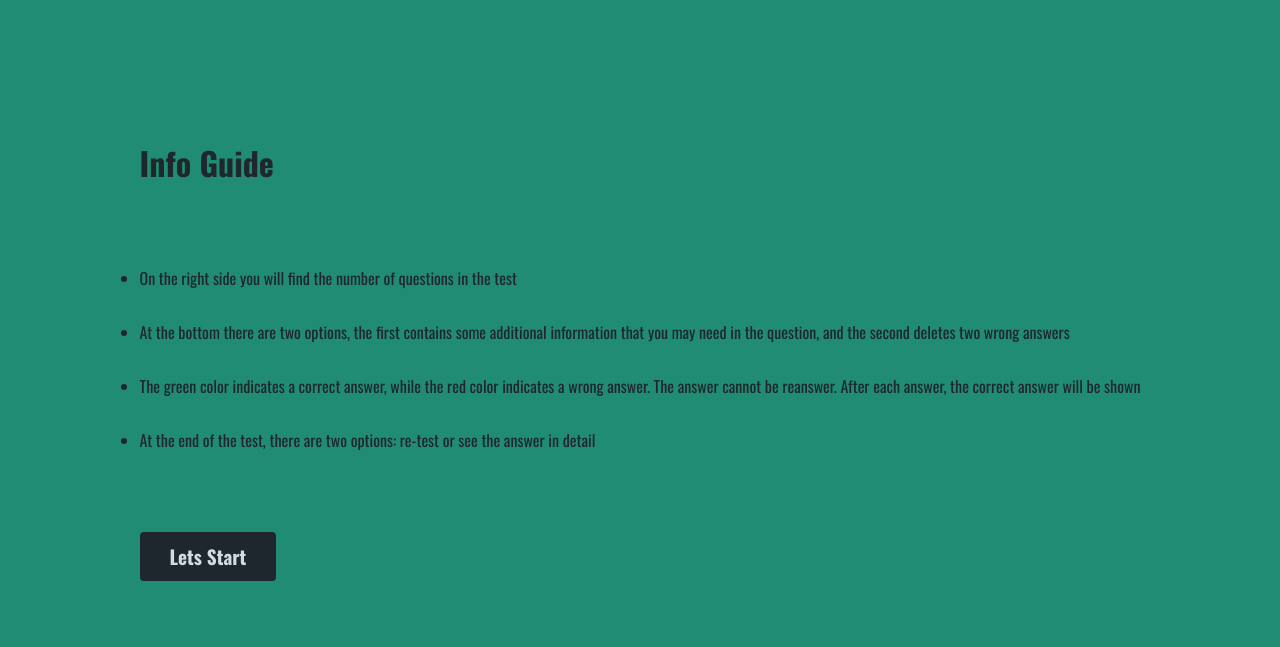
Repository: abdelrahmanahmed20021/Quiz-Platform
Page: index.html
These files come from the project's save history. The page is drawn as it stood at one moment and after the next save; the edit follows.
The browser window is 1280 px wide. The pictures show the whole page.

Above is the page before, as saved 2023-01-12 01:01:44.
Console error: TypeError: Cannot read properties of null (reading 'addEventListener')

After the next save:
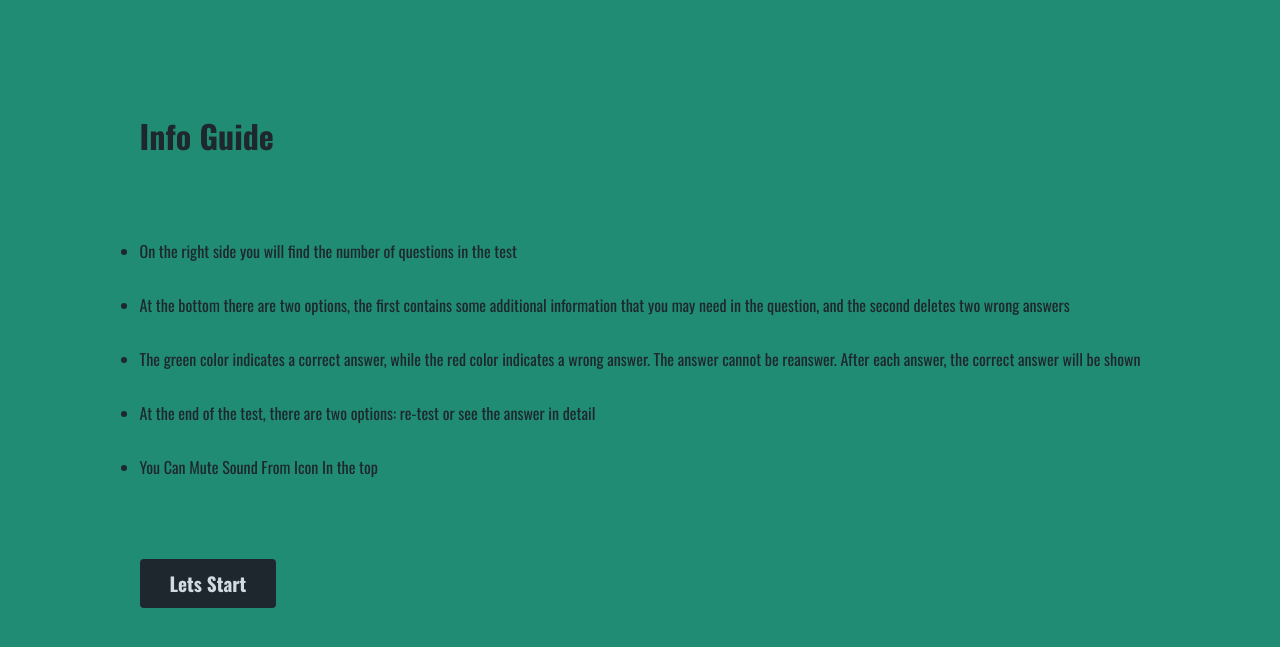
Saved 12 min 58 s later.
--- a/index.html
+++ b/index.html
@@ -22,6 +22,7 @@
                     <li>At the bottom there are two options, the first contains some additional information that you may need in the question, and the second deletes two wrong answers</li>
                     <li>The green color indicates a correct answer, while the red color indicates a wrong answer. The answer cannot be reanswer. After each answer, the correct answer will be shown</li>
                     <li>At the end of the test, there are two options: re-test or see the answer in detail</li>
+                    <li>You Can Mute Sound From Icon In the top</li>
                 </ul>
                 <button class="black-btn">Lets Start</button>
             </div>
